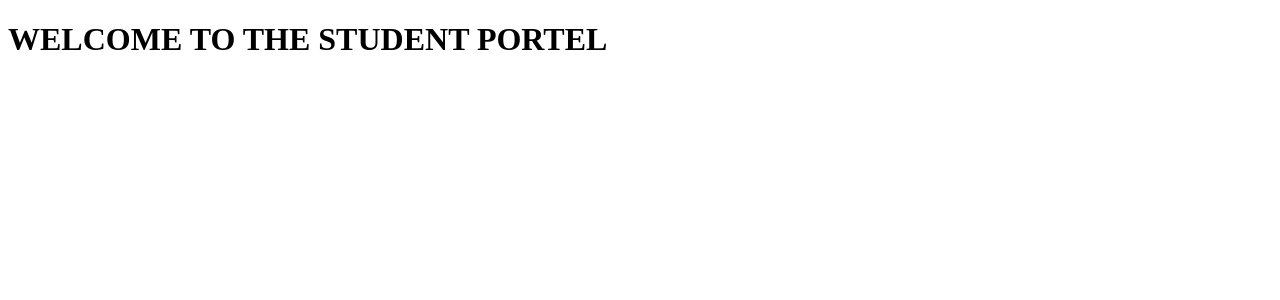
Repository: Yemili/springboot_application
Page: workspace/student/src/main/resources/static/index.html
The author's editor kept a copy of each file at every save. The page is drawn from the files as they stood at one save, then again after the next save.
The browser window is 1280 px wide. The pictures show the whole page.

Above is the page before, as saved 2024-10-03 05:42:42.

### workspace/student/src/main/resources/static/index.html
<!DOCTYPE html>
<html lang="en">
<head>
    <meta charset="UTF-8">
    <meta name="viewport" content="width=device-width, initial-scale=1.0">
    <title>registration form</title>
</head>
<body>
    <h1>WELCOME TO THE STUDENT PORTEL</h1>

</body>
</html>

After the next save:
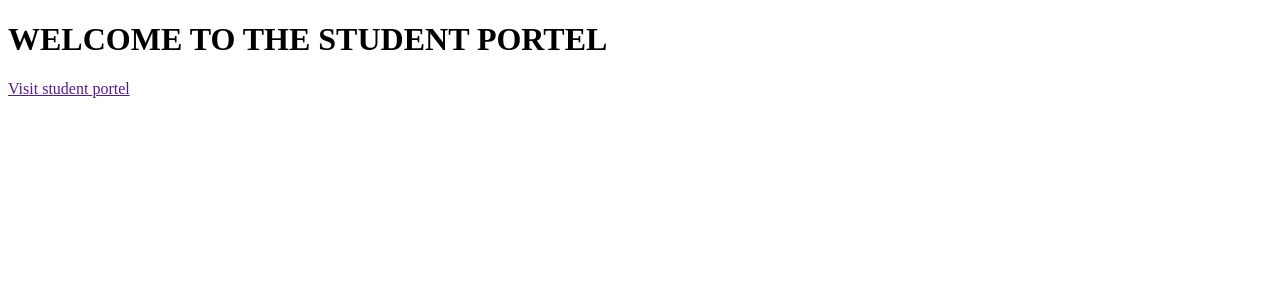
Saved 35 min 56 s later.
--- a/workspace/student/src/main/resources/static/index.html
+++ b/workspace/student/src/main/resources/static/index.html
@@ -7,6 +7,7 @@
 </head>
 <body>
     <h1>WELCOME TO THE STUDENT PORTEL</h1>
+    <p><a href="">Visit student portel</a></p>
 
 </body>
 </html>
